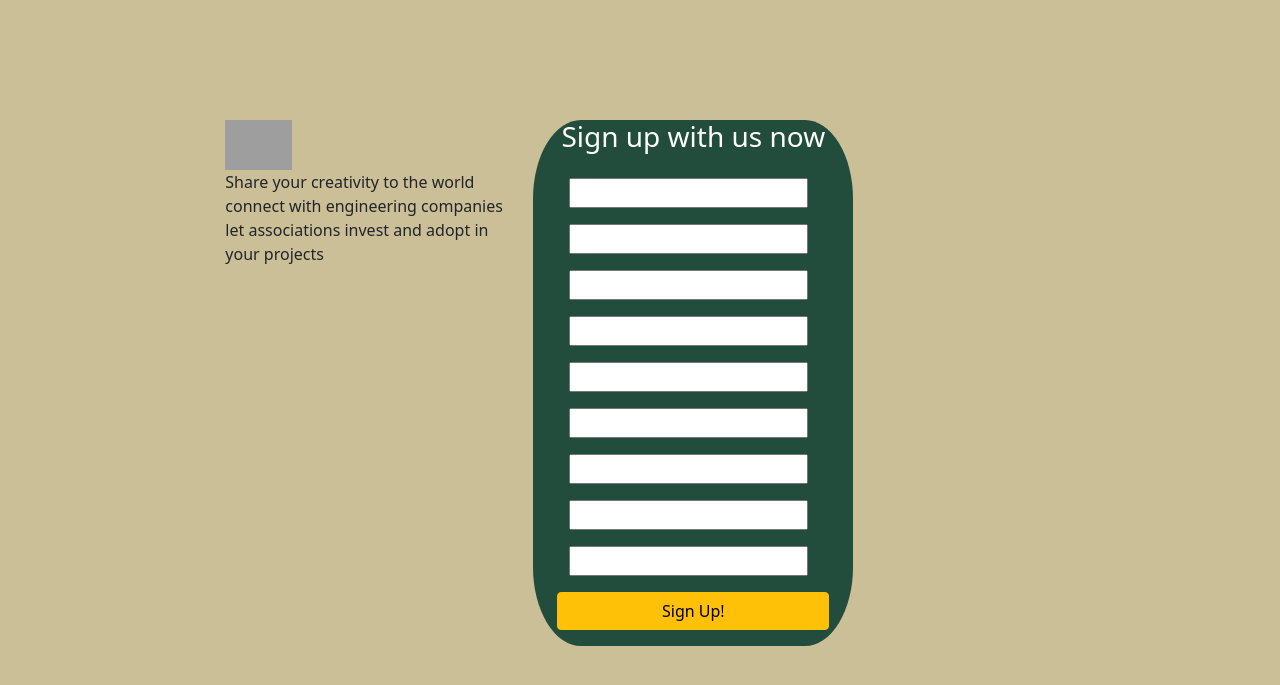
Repository: ahmadjamal-1997/Project-Taqadam
Page: http://localhost/Taqadam/WEB-INF/registrationstudent.jsp
These files come from the project's save history. The page is drawn as it stood at one moment and after the next save; the edit follows.
The browser window is 1280 px wide. The pictures show the whole page.
Pictures or frames that could not be fetched are drawn as grey boxes. The page is served by Tomcat 9. Nobody is signed in. The template is opened directly, without the code that normally fills it, so the values that code supplies are empty.

Above is the page before, as saved 2022-03-31 08:01:23.

After the next save:
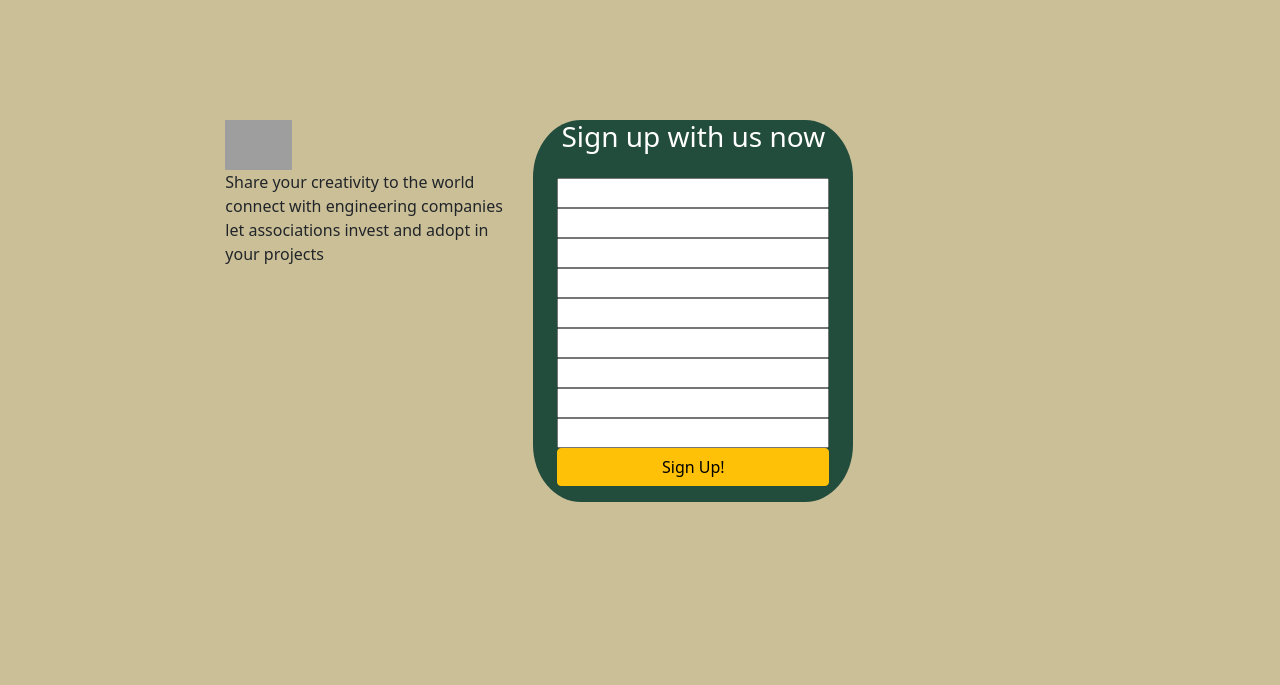
Saved 2 min 0 s later.
--- a/Taqadam-new/Taqadam-java/Taqadam-new/Taqadam/src/main/webapp/WEB-INF/registrationstudent.jsp
+++ b/Taqadam-new/Taqadam-java/Taqadam-new/Taqadam/src/main/webapp/WEB-INF/registrationstudent.jsp
@@ -43,49 +43,49 @@
                     <p><form:errors path="user.*"/></p>
 
                     <div class="row">
-                        <p>
+
                             <form:input palceholder="First Name" path="firstName"/>
-                        </p>
+
                     </div>
                     <div class="row">
-                        <p>
+
                             <form:input palceholder="Last Name" path="lastName"/>
-                        </p>
+
                     </div>
                     <div class="row">
-                    <p>
+
                             <form:input palceholder="Email" path="email"/>
-                    </p>
+
                     </div>
                     <div class="row">
-                        <p>
+
                             <form:input palceholder="phone" path="phone"/>
-                        </p>
+
                     </div>
                     <div class="row">
-                    <p>
+
                        <form:input palceholder="university" path="university"/>
-                    </p>
+
                     </div>
                     <div class="row">
-                    <p>
+
                         <form:input palceholder="field" path="field"/>
-                    </p>
+
                     </div>
                     <div class="row">
-                    <p>
+
                          <form:input palceholder="bio" path="bio"/>
-                    </p>
+
                     </div>
                     <div class="row">
-                    <p>
+
                          <form:input palceholder="password" path="password"/>
-                    </p>
+
                     </div>
                     <div class="row">
-                    <p>
+
                          <form:input palceholder="confirm" path="confirm"/>
-                    </p>
+
                     </div>
                     <div class="row">
                     <input type="submit" class="btn btn-warning mb-3" value="Sign Up!"/>
